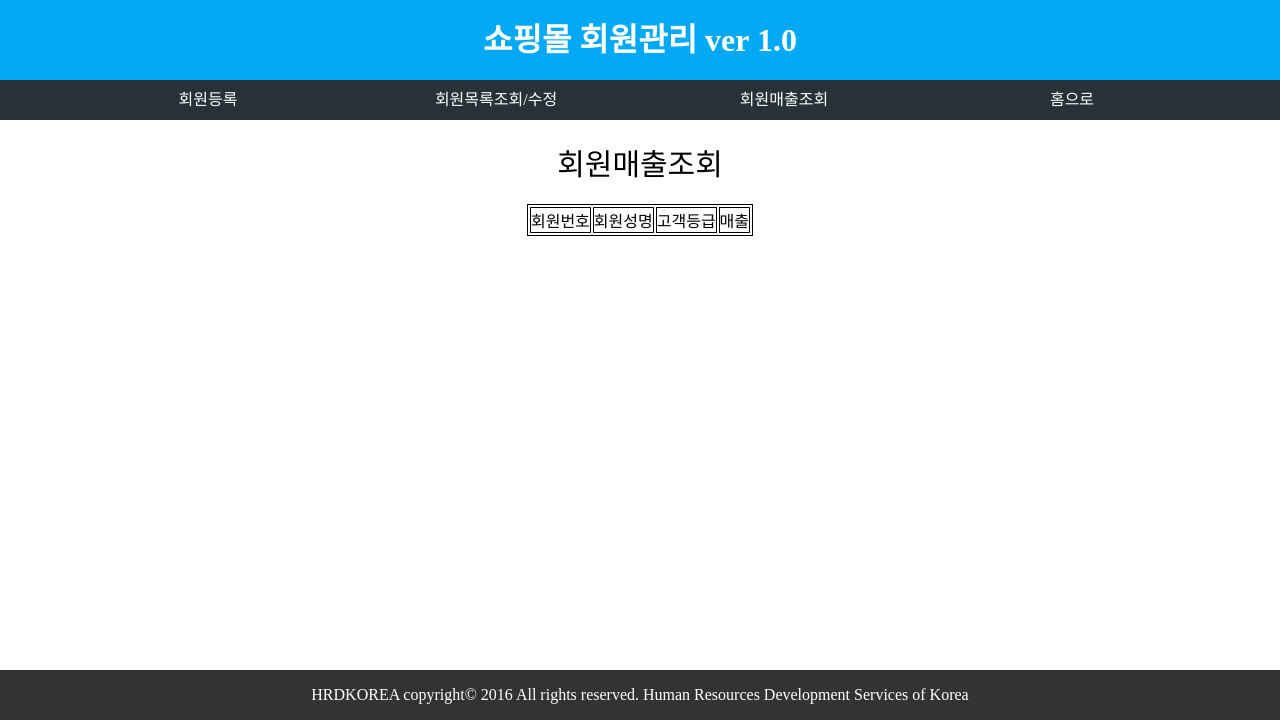
Repository: choiyuhee0722/two-crud
Page: http://localhost/HRD_000/memberMoneyList
The author's editor kept a copy of each file at every save. The page is drawn from the files as they stood at one save, then again after the next save.
The browser window is 1280 px wide. The pictures show the whole page.
The page is served by Tomcat 9. Other server files are loaded and not shown. Queries for data that is not in the repository find no rows.

Above is the page before, as saved 2024-03-27 12:01:10.

### HRD_000/src/main/webapp/WEB-INF/view/memberMoneyList.jsp
<%@page import="vo.MemberMoneyVO"%>
<%@page import="vo.MemberVO" %>
<%@page import="java.util.ArrayList" %>
<%@ page language="java" contentType="text/html; charset=UTF-8"
    pageEncoding="UTF-8"%>

<jsp:include page="master/header.jsp"/>

 <!-- section -->
 <section>
 	<div class="container">
 		<p class="title">회원매출조회</p>
<%
		ArrayList<MemberMoneyVO> list = (ArrayList<MemberMoneyVO>)request.getAttribute("list");
		if(list.isEmpty()){
%>
			<table>
				<tr>
						<td>회원번호</td>
						<td>회원성명</td>
						<td>고객등급</td>
						<td>매출</td>
				</tr>
<%
	for(MemberMoneyVO member:list){
		request.setAttribute("member", member);
%>
		<tr>
				<td>${member.custno}</td>
				<td>${member.custname}</td>
				<td>${member.grade}</td>
				<td>${member.price}</td>
		</tr>
<%
	}
%>
			</table>
<%
		}else{
%>
				<p style="text-align: center">등록된 매출 정보가 없습니다.</p>
<%
		}
%>
 		</div>
</section>

<!-- //section -->
<jsp:include page="master/footer.jsp"/>

### HRD_000/src/main/webapp/WEB-INF/view/master/header.jsp
<%@ page language="java" contentType="text/html; charset=EUC-KR"
    pageEncoding="UTF-8"%>
<!DOCTYPE html>
<html>
<head>
	<meta charset="UTF-8">
	<title>쇼핑몰 회원관리</title>
	<link rel="stylesheet" href="/css/style.css?after">
</head>
<body>
	<!-- header -->
	<header>
		<h1>쇼핑몰 회원관리 ver 1.0</h1>
	</header>
	<!-- //header -->

	<!-- nav -->
	<nav>
			<ul>
					<li><a href="/memberInsert">회원등록</a></li>
					<li><a href="/memberList">회원목록조회/수정</a></li>
					<li><a href="/memberMoneyList">회원매출조회</a></li>
					<li><a href="/">홈으로</a></li>
			</ul>
	</nav>
	<!--// nav -->
</body>
</html>

### HRD_000/src/main/webapp/WEB-INF/view/master/footer.jsp
<%@ page language="java" contentType="text/html; charset=EUC-KR"
    pageEncoding="UTF-8"%>
	<!-- footer -->
	<footer>
		HRDKOREA copyright&copy; 2016 All rights reserved.
		Human Resources Development Services of Korea
	</footer>
	<!-- //footer -->
</body>
</html>

### HRD_000/src/main/java/controller/FrontController.java
package controller;

import java.io.IOException;
import java.io.ObjectInputFilter.Config;
import java.util.HashMap;

import javax.servlet.RequestDispatcher;
import javax.servlet.ServletConfig;
import javax.servlet.ServletException;
import javax.servlet.http.HttpServlet;
import javax.servlet.http.HttpServletRequest;
import javax.servlet.http.HttpServletResponse;

public class FrontController extends HttpServlet{
		String charset = null;
		HashMap<String, Controller> list = null;

		private final String prefix = "/WEB-INF/view/";
		private final String postfix = ".jsp";

		@Override
		public void init(ServletConfig config) throws ServletException {
			charset = config.getInitParameter("charset");
			list = new HashMap<String, Controller>();
			list.put("/", new MainController());
//			list.put("/memberInsert", new MemberInsertController());
			list.put("/memberList", new MemberListController());
			list.put("/memberMoneyList", new MemberMoneyListController());
//			list.put("/memberUpdate", new MemberUpdateController());
		}

		@Override
		protected void service(HttpServletRequest req, HttpServletResponse resp) throws ServletException, IOException {

			req.setCharacterEncoding(charset);

			String url = req.getRequestURI();
			String contextPath =req.getContextPath();
			String path = url.substring(contextPath.length());
			System.out.println("URL"+url);
			System.out.println(contextPath);
			System.out.println(path);
			Controller subController = list.get(path);

			if(subController == null) {
					resp.sendRedirect("/");
					return;
			}

			String result = subController.execute(req,resp);
			System.out.println(result);
			if(result.indexOf("redirect::") != 0) {
				//일반적인 상황
				RequestDispatcher dispatcher = req.getRequestDispatcher(prefix + result + postfix);
				System.out.println(prefix + result + postfix);
				dispatcher.forward(req, resp);
			}else {
				//리다이렉트 상황
				String reUrl = result.substring("redirect::".length());
				resp.sendRedirect(reUrl);
			}
		}

}

### HRD_000/src/main/java/controller/Controller.java
package controller;

import java.io.IOException;
import java.rmi.ServerException;

import javax.servlet.http.HttpServletRequest;
import javax.servlet.http.HttpServletResponse;

public interface Controller {
	public String execute(HttpServletRequest req, HttpServletResponse resp) throws ServerException, IOException;
}

### HRD_000/src/main/java/controller/MainController.java
package controller;

import java.io.IOException;
import java.rmi.ServerException;

import javax.servlet.http.HttpServletRequest;
import javax.servlet.http.HttpServletResponse;

public class MainController implements Controller{
	@Override
	public String execute(HttpServletRequest req, HttpServletResponse resp) throws ServerException, IOException {
		return "index";
	}
}

### HRD_000/src/main/java/controller/MemberListController.java
package controller;

import java.io.IOException;
import java.rmi.ServerException;
import java.util.ArrayList;

import javax.servlet.http.HttpServletRequest;
import javax.servlet.http.HttpServletResponse;

import biz.MemberService;
import vo.MemberVO;

public class MemberListController implements Controller{
	@Override
	public String execute(HttpServletRequest req, HttpServletResponse resp) throws ServerException, IOException {
		MemberService service = new MemberService();
		ArrayList<MemberVO> list = service.memberList();
		System.out.println("리스트 컨트롤러에서 리스트값 : " + list);

		req.setAttribute("list", list);

		return "memberList";
	}
}

### HRD_000/src/main/java/controller/MemberMoneyListController.java
package controller;

import java.io.IOException;
import java.rmi.ServerException;
import java.util.ArrayList;

import javax.servlet.http.HttpServletRequest;
import javax.servlet.http.HttpServletResponse;

import biz.MemberService;
import vo.MemberMoneyVO;

public class MemberMoneyListController implements Controller{
	@Override
	public String execute(HttpServletRequest req, HttpServletResponse resp) throws ServerException, IOException {
		MemberService service = new MemberService();
		ArrayList<MemberMoneyVO> list = service.memberMoneyList();

		req.setAttribute("list", list);

		return "memberMoneyList";

	}
}

### HRD_000/src/main/java/biz/MemberService.java
package biz;

import java.io.IOException;
import java.rmi.ServerException;
import java.security.PublicKey;
import java.sql.SQLException;
import java.util.ArrayList;

import javax.servlet.http.HttpServletRequest;
import javax.servlet.http.HttpServletResponse;

import controller.Controller;
import dao.MemberDao;
import vo.MemberMoneyVO;
import vo.MemberVO;

public class MemberService{
		MemberDao dao = new MemberDao();

		public ArrayList<MemberVO> memberList(){
				ArrayList<MemberVO> list = dao.memberList();
				return list;
		}
		public ArrayList<MemberMoneyVO> memberMoneyList(){
			ArrayList<MemberMoneyVO> list = dao.memberMoneyList();
			return list;
		}
		public int getMaxCustNo() {
				int custno = dao.getMaxCustNo();
				return custno;
		}
		public int memberInsert(MemberVO member) throws SQLException {
			int n = dao.memberInsert(member);
			return n;
		}
		public MemberVO getMember(int custno){
			MemberVO member = dao.getMember(custno);
			return member;
		}
		public int memberUpdate(MemberVO member) throws SQLException {
			int n = dao.memberUpdate(member);
			return n;
		}

}

### HRD_000/src/main/java/dao/MemberDao.java
package dao;

import java.sql.Connection;
import java.sql.PreparedStatement;
import java.sql.ResultSet;
import java.sql.SQLException;
import java.util.ArrayList;

import javax.naming.spi.DirStateFactory.Result;

import common.DBUtils;
import controller.Controller;
import vo.MemberMoneyVO;
import vo.MemberVO;

public class MemberDao{
	public ArrayList<MemberVO> memberList() {
		ArrayList<MemberVO> list = new ArrayList<MemberVO>();

		Connection conn = null;
		PreparedStatement ps = null;
		ResultSet rs = null;

		try {

			conn = DBUtils.getConnection();
			ps = conn.prepareStatement("select custno, custname, phone,"
					+ "address, joindate, decode(grade,'A','VIP','B','일반','C','직원') grade, city \r\n"+
					"from member_tbl_02 order by custno");
			rs = ps.executeQuery();

			while(rs.next()) {
				MemberVO vo = new MemberVO();
				vo.setCustno(rs.getInt("custno"));
				vo.setCustname(rs.getString("custname"));
				vo.setPhone(rs.getString("phone"));
				vo.setAddress(rs.getString("address"));
				vo.setJoindate(rs.getDate("joindate"));
				vo.setGrade(rs.getString("grade"));
				vo.setCity(rs.getString("city"));
				list.add(vo);
			}
		}catch(Exception e) {
				e.printStackTrace();
		}finally {
				DBUtils.close(conn, ps, rs);
		}

		return list;
	}

	//MEMBERMONEYVO
	public ArrayList<MemberMoneyVO> memberMoneyList(){
		ArrayList<MemberMoneyVO> list = new ArrayList<MemberMoneyVO>();

		Connection conn = null;
		PreparedStatement ps = null;
		ResultSet rs = null;

		try {
				conn = DBUtils.getConnection();

				ps = conn.prepareStatement("select A.custno, A.custname, decode(A.grade,'A','VIP','B','일반','C','직원') grade,Sum(B.price) price\r\n"
						+ "from member_tbl_02 A, money_tbl_02 B\r\n"
						+ "where A.custno = B.custno				\r\n"
						+ "group by A.custno, A.custname,A.grade\r\n"
						+ "order by price desc");
				System.out.println(123);
				rs = ps.executeQuery();

				while(rs.next()) {
					 MemberMoneyVO vo = new MemberMoneyVO();
					 vo.setCustno(rs.getInt("custno"));
					 vo.setCustname(rs.getString("custname"));
					 vo.setGrade(rs.getString("grade"));
					 vo.setPrice(rs.getInt("price"));
					 list.add(vo);
				}
		}catch(Exception e) {
				e.printStackTrace();
		}finally {
			DBUtils.close(conn, ps, rs);
		}

		return list;
	}

	//Maxcustno
	public int getMaxCustNo() {
		Connection conn = null;
		PreparedStatement ps = null;
		ResultSet rs = null;
		int custno = 0;

		try {
				conn = DBUtils.getConnection();
				ps = conn.prepareStatement("select max(custno)+1 custno from member_tbl_02");
				rs = ps.executeQuery();

				while(rs.next()) {
						custno = rs.getInt("custno");
				}
		}catch(Exception e) {
			e.printStackTrace();
		}finally {
			DBUtils.close(conn, ps, rs);
		}
		return custno;
	}

	//memberInsert
		public int memberInsert(MemberVO member)throws SQLException {
			Connection conn = null;
			PreparedStatement ps = null;
			int n = 0;

			try {
					conn = DBUtils.getConnection();
					ps = conn.prepareStatement("insert into member_tbl_02 values(?,?,?,?,?,?,?)");

					ps.setInt(1, member.getCustno());
					ps.setString(2, member.getCustname());
					ps.setString(3, member.getPhone());
					ps.setString(4, member.getAddress());
					ps.setDate(5, member.getJoindate());
					ps.setString(6, member.getGrade());
					ps.setString(7, member.getCity());
					n = ps.executeUpdate();
					if(n > 0) {
							conn.commit();
					}
			}catch(Exception e) {
				e.printStackTrace();
				conn.rollback();
			}finally {
				DBUtils.close(conn,ps,null);
			}
			return n;
		}

		//getMember
		public MemberVO getMember(int custno) {
			Connection conn = null;
			PreparedStatement ps = null;
			ResultSet rs = null;
			MemberVO vo = null;

			try {
					conn = DBUtils.getConnection();
					ps = conn.prepareStatement("select custno, custname, phone, address, joindate, grade, city \r\n"
							+ "from member_tbl_02 where custno = ?");
					ps.setInt(1, custno);
					rs = ps.executeQuery();

					while(rs.next()) {
						vo = new MemberVO();
						vo.setCustno(rs.getInt("custno"));
						vo.setCustname(rs.getString("custname"));
						vo.setPhone(rs.getString("phone"));
						vo.setAddress(rs.getString("address"));
						vo.setJoindate(rs.getDate("joindate"));
						vo.setGrade(rs.getString("grade"));
						vo.setCity(rs.getString("city"));
					}
			}catch(Exception e) {
				e.printStackTrace();
			}finally {
				DBUtils.close(conn,ps,rs);
			}
			return vo;
		}
		//memberUpdate
		public int memberUpdate(MemberVO member)throws SQLException {
			Connection conn = null;
			PreparedStatement ps = null;
			int n = 0;

			try {
					conn = DBUtils.getConnection();
					ps = conn.prepareStatement("Update member_tbl_02 set custname=?, phone=?, address=?, joindate=?, grade=?, city=? where custno=?");
					ps.setString(1, member.getCustname());
					ps.setString(2, member.getPhone());
					ps.setString(3, member.getAddress());
					ps.setDate(4, member.getJoindate());
					ps.setString(5, member.getGrade());
					ps.setString(6, member.getCity());
					ps.setInt(7, member.getCustno());
					n = ps.executeUpdate();
					if(n > 0) {
							conn.commit();
					}
			}catch(Exception e) {
				e.printStackTrace();
				conn.rollback();
			}finally {
				DBUtils.close(conn,ps);
			}
			return n;
		}

}

### HRD_000/src/main/java/common/DBUtils.java
package common;

import java.sql.Connection;
import java.sql.DriverManager;
import java.sql.PreparedStatement;
import java.sql.ResultSet;

public class DBUtils {
		public static Connection getConnection() {
			Connection con = null;
			try {
				Class.forName("oracle.jdbc.driver.OracleDriver");
				con = DriverManager.getConnection("jdbc:oracle:thin:@localhost:1521:xe","system","1234");
			}catch(Exception e){
					e.printStackTrace();
			 }
			 return con;
		}
		public static void close(Connection conn, PreparedStatement ps, ResultSet rs) {

			if(rs != null) {
					try {
							rs.close();
					}catch(Exception ex) {
						System.out.println("오류 발생 : "+ex);
					}
			}
			close(conn, ps);

		}
		public static void close(Connection conn, PreparedStatement ps) {

			if(ps != null) {
					try {
							ps.close();
					}catch(Exception ex) {
						System.out.println("오류 발생 : "+ex);
					}
			}
			if(conn != null) {
					try {
							conn.close();
					}catch(Exception ex) {
						System.out.println("오류 발생 : "+ex);
					}
			}

		}
}

### HRD_000/src/main/webapp/css/style.css
/* init */
*{
		padding: 0;
		margin: 0 auto;
}
ul{
		list-style: none;
}
a{
		color: inherit;
		text-decoration: none;
}

/*header*/
header{
		width: 100%;
		height: 80px;
		background-color: #03A9F4;
		text-align: center;
		line-height: 80px;
		color: white;
}

/*nav*/
nav{
		width: 100%;
		height: 40px;
		background: #263238;
		text-align: center;
		line-height: 40px;
		color: white;
}
nav > ul{
		width: 90%;
}
nav > ul > li{
		width: 25%;
		float: left;
}

/*section*/
section{
		width: 100%;
}
section > .container{
		padding: 20px;
		margin: 0 auto;
}
section > .container .title{
		font-size: 30px;
		text-align: center;
		margin-bottom: 20px;
}
table,th,td{
		border: 1px solid black;
		text-align: center;
}
/*footer*/
footer{
		width: 100%;
		height: 50px;
		line-height: 50px;
		text-align: center;
		background: #333;
		color: white;
		position: absolute;
		bottom: 0;
}
/*footer*/

After the next save:
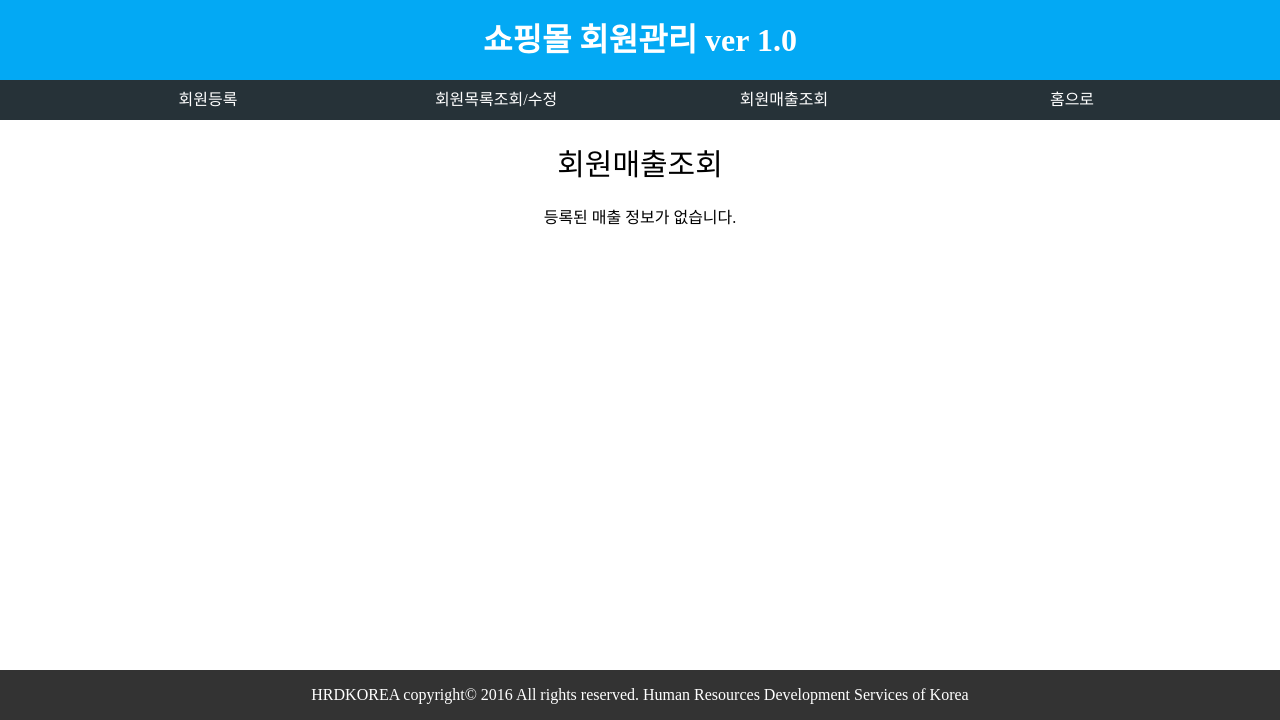
Saved 2 min 33 s later.
--- a/HRD_000/src/main/webapp/WEB-INF/view/memberMoneyList.jsp
+++ b/HRD_000/src/main/webapp/WEB-INF/view/memberMoneyList.jsp
@@ -12,7 +12,7 @@
  		<p class="title">회원매출조회</p>
 <%
 		ArrayList<MemberMoneyVO> list = (ArrayList<MemberMoneyVO>)request.getAttribute("list");
-		if(list.isEmpty()){
+		if(!list.isEmpty()){
 %>
 			<table>
 				<tr>
